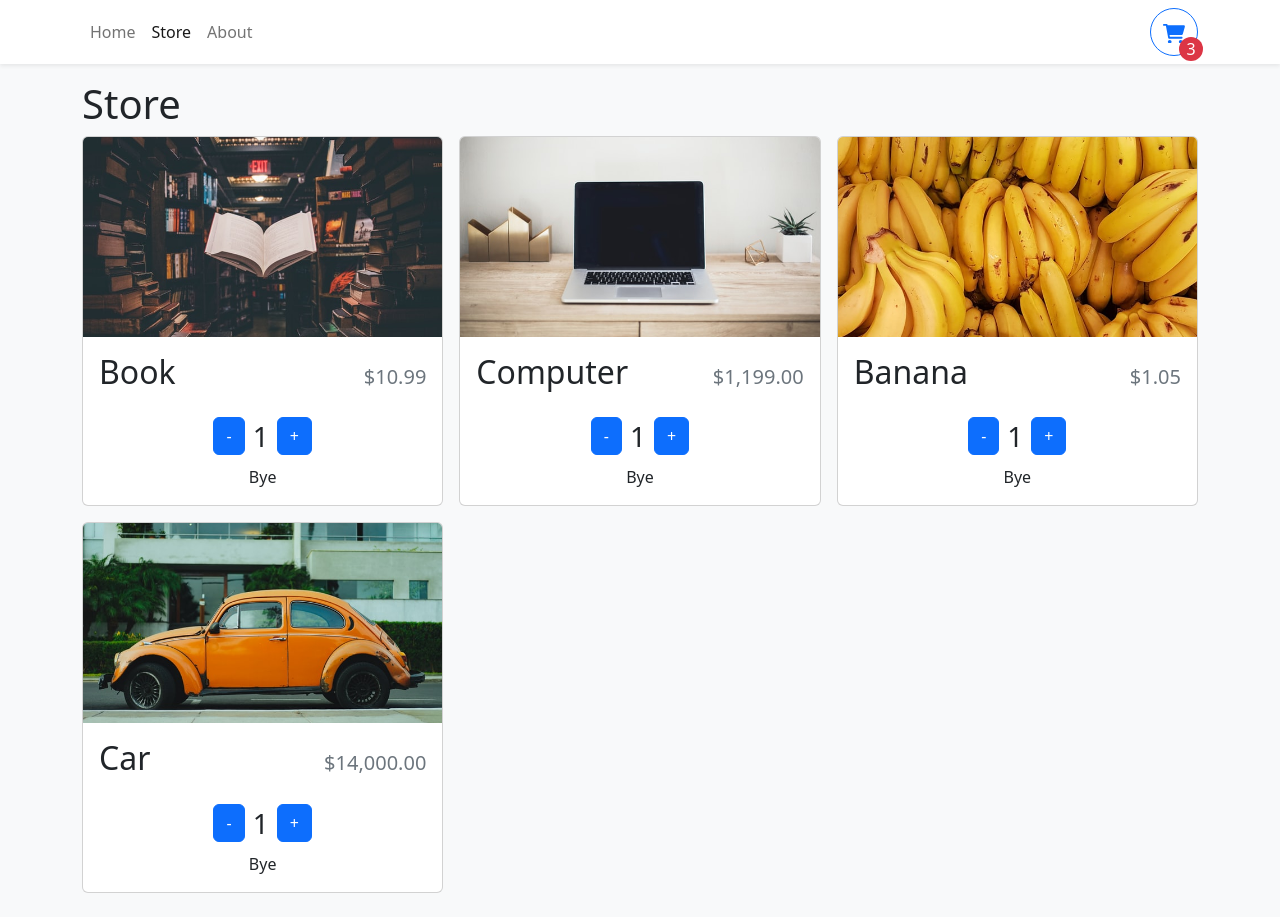
Repository: MoNasr2022/shopping-cart
Page: /store
An editor plug-in stored every save of this project. The page is shown before and after a run of saves, followed by the edit.
The browser window is 1280 px wide. The pictures show the whole page.
The project was rebuilt for these pictures with package versions that can differ from the ones it lists, and the page was loaded fresh each time. Also part of the build but not shown: vite.config.ts, src/pages/Home.tsx, src/pages/About.tsx.

Above is the page before, as saved 2023-04-17 23:02:24.

After the next 2 saves:
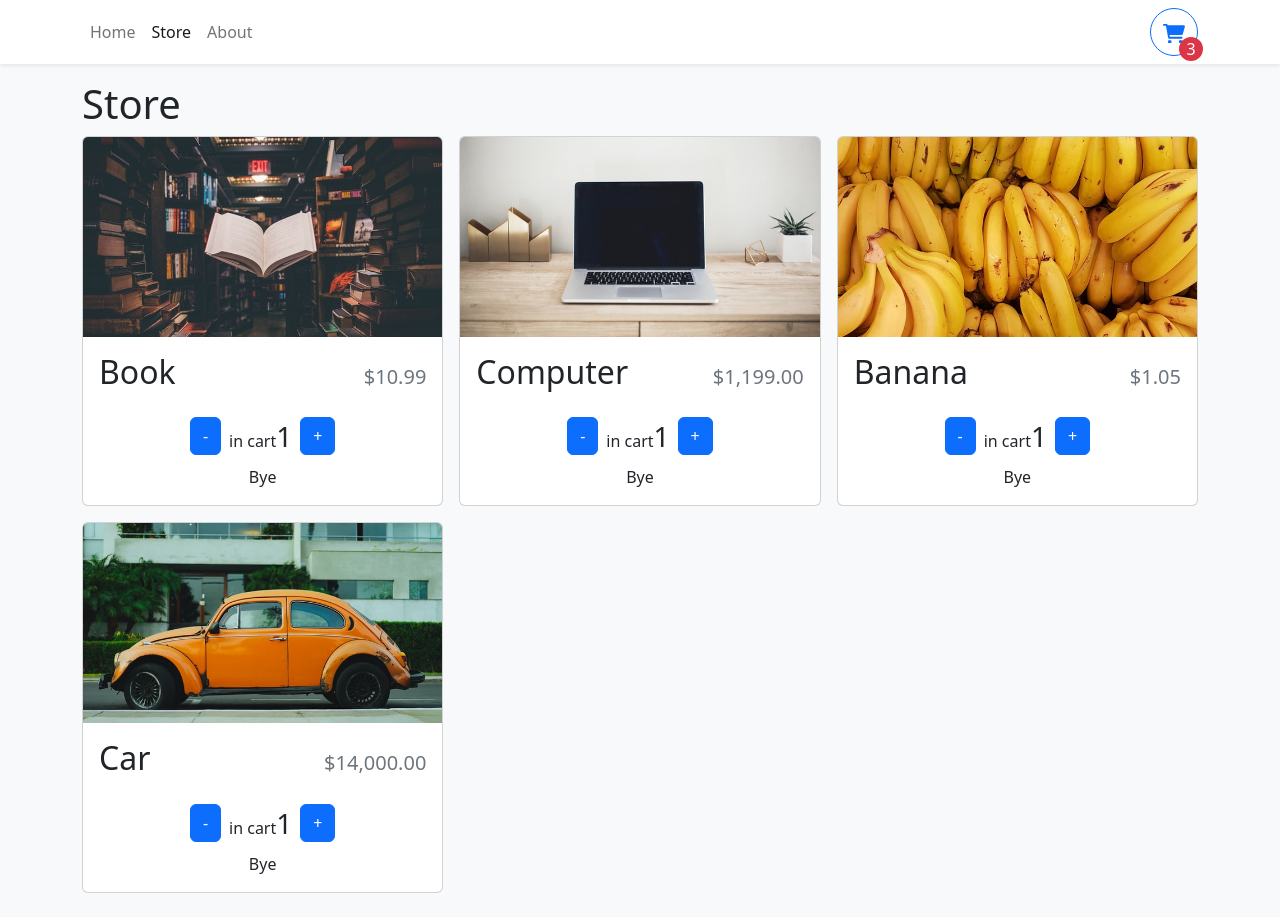
The 2 saves are shown as one change because they came seconds apart.
The last was saved 7 s later.
--- a/src/components/StoreItems.tsx
+++ b/src/components/StoreItems.tsx
@@ -37,7 +37,7 @@
               >
                   <Button>-</Button>
                   <div>
-
+                in cart
                 <span className="fs-3">{quantity}</span>
                   </div>
                 <Button>+</Button>

After the save that followed:
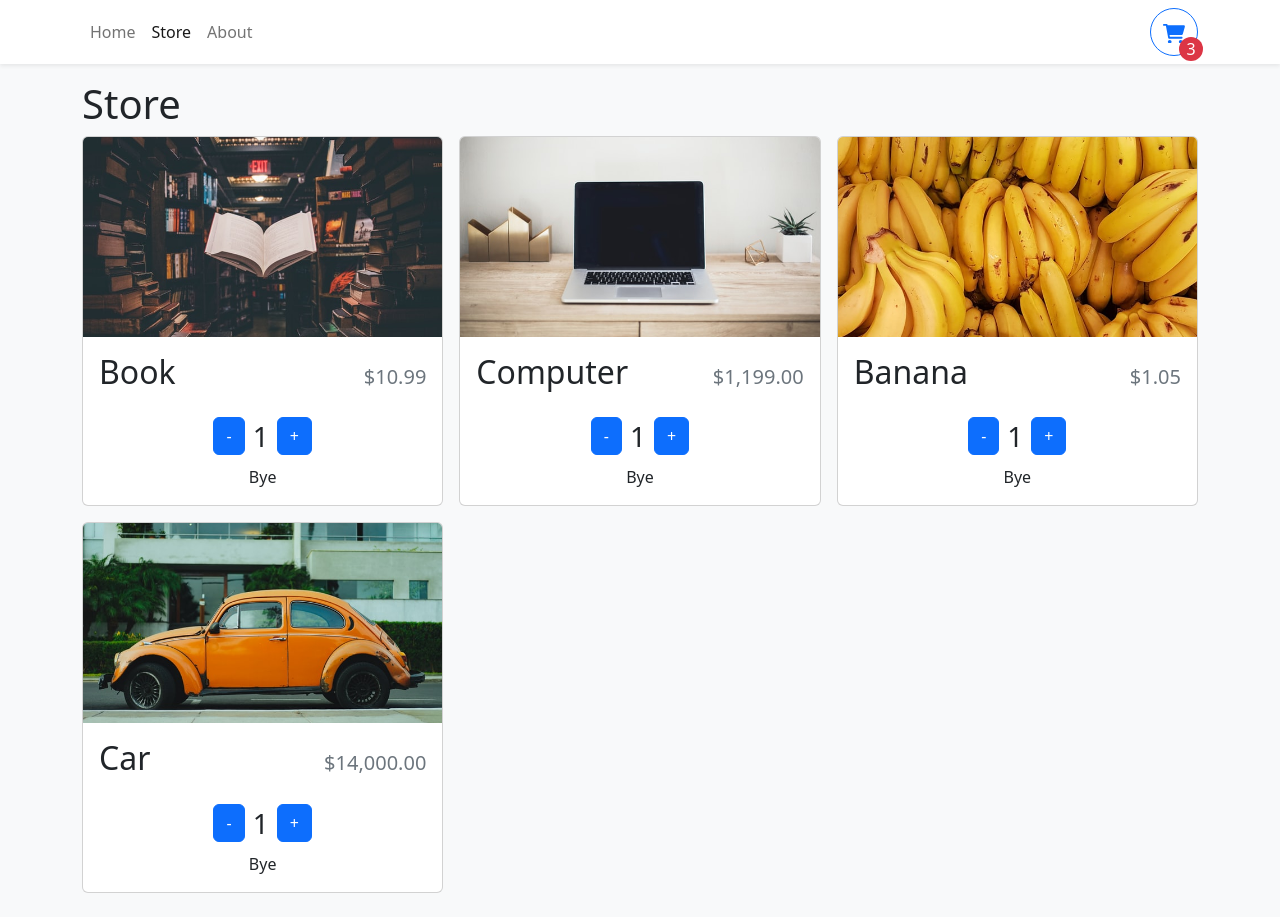
Saved 6 s later.
--- a/src/components/StoreItems.tsx
+++ b/src/components/StoreItems.tsx
@@ -37,7 +37,7 @@
               >
                   <Button>-</Button>
                   <div>
-                in cart
+
                 <span className="fs-3">{quantity}</span>
                   </div>
                 <Button>+</Button>
